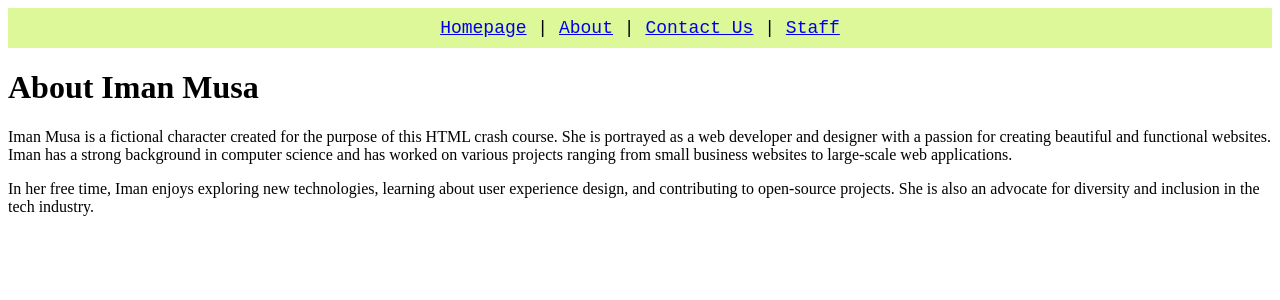
Repository: ficotims/HTML-RESTART
Page: about.html
An editor plug-in stored every save of this project. The page is shown before and after the next save, followed by the edit.
The browser window is 1280 px wide. The pictures show the whole page.

Above is the page before, as saved 2026-02-10 09:57:11.

### about.html
<!doctype html>
<html lang="en">
  <head>
    <meta charset="UTF-8" />
    <meta http-equiv="X-UA-Compatible" content="IE=edge" />
    <meta name="viewport" content="width=device-width, initial-scale=1.0" />
    <title>HTML Crash course with Iman Musa</title>
  </head>
  <body>
    <!-- NAVIGATION SECTION -->
   <div style="background-color: rgb(220, 248, 153); padding: 10px; text-align: center; font-size: 18px; font-family: monospace, Lemon milk;">
    <a href="Homepage.html" target="_top">Homepage</a> |
    <a href="about.html">About</a> | <a href="Contact us.html">Contact Us</a> |
    <a href="staff.html">Staff</a>
     </div>

    <h1>About Iman Musa</h1>
    <p>
      Iman Musa is a fictional character created for the purpose of this HTML
      crash course. She is portrayed as a web developer and designer with a
      passion for creating beautiful and functional websites. Iman has a strong
      background in computer science and has worked on various projects ranging
      from small business websites to large-scale web applications.
    </p>
    <p>
      In her free time, Iman enjoys exploring new technologies, learning about
      user experience design, and contributing to open-source projects. She is
      also an advocate for diversity and inclusion in the tech industry.
    </p>
  </body>
</html>

After the next save:
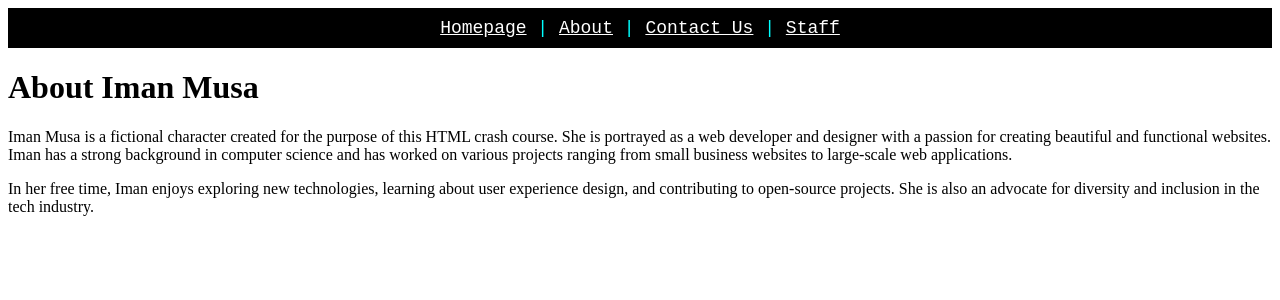
Saved 14 s later.
--- a/about.html
+++ b/about.html
@@ -8,10 +8,10 @@
   </head>
   <body>
     <!-- NAVIGATION SECTION -->
-   <div style="background-color: rgb(220, 248, 153); padding: 10px; text-align: center; font-size: 18px; font-family: monospace, Lemon milk;">
-    <a href="Homepage.html" target="_top">Homepage</a> |
-    <a href="about.html">About</a> | <a href="Contact us.html">Contact Us</a> |
-    <a href="staff.html">Staff</a>
+   <div style="background-color: rgb(0, 0, 0); padding: 10px; text-align: center; color: aqua; font-size: 18px; font-family: monospace, Lemon milk;">
+    <a href="Homepage.html" style="color: white;">Homepage</a> |
+    <a href="about.html" style="color: white;">About</a> | <a href="Contact us.html" style="color: white;">Contact Us</a> |
+    <a href="staff.html" style="color: white;">Staff</a>
      </div>
 
     <h1>About Iman Musa</h1>
